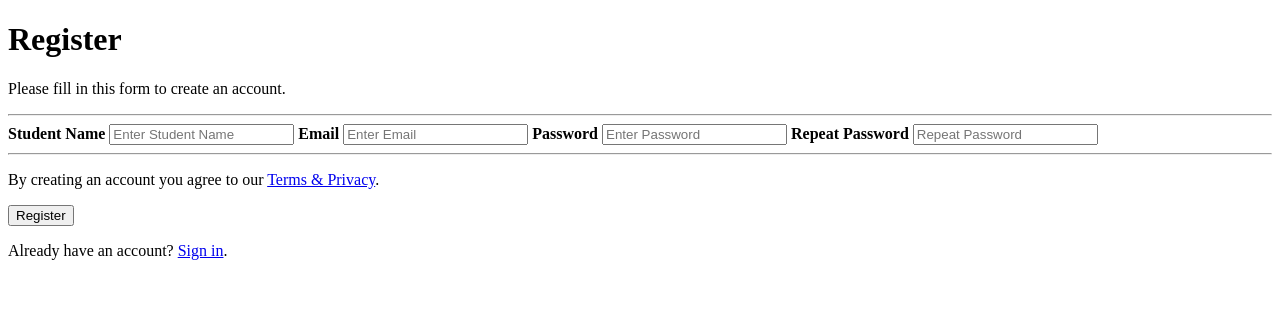
Repository: laxmichauhan/Student-Data-Insertion
Page: Application1/WebContent/register.html
These files come from the project's save history. The page is drawn as it stood at one moment and after the next save; the edit follows.
The browser window is 1280 px wide. The pictures show the whole page.

Above is the page before, as saved 2019-02-19 07:08:46.

### Application1/WebContent/register.html
<!DOCTYPE html>
<html>
<head>
<meta charset="ISO-8859-1">
<title>Insert title here</title>
</head>
<body>
<form>
  <div class="container">
    <h1>Register</h1>
    <p>Please fill in this form to create an account.</p>
    <hr>
    <label for="Student Name"><b>Student Name</b></label>
    <input type="text" placeholder="Enter Student Name" name="name" required>

    <label for="email"><b>Email</b></label>
    <input type="text" placeholder="Enter Email" name="email" required>

    <label for="psw"><b>Password</b></label>
    <input type="password" placeholder="Enter Password" name="psw" required>

    <label for="psw-repeat"><b>Repeat Password</b></label>
    <input type="password" placeholder="Repeat Password" name="psw-repeat" required>
    <hr>

    <p>By creating an account you agree to our <a href="#">Terms & Privacy</a>.</p>
    <button type="submit" class="registerbtn">Register</button>
  </div>

  <div class="container signin">
    <p>Already have an account? <a href="#">Sign in</a>.</p>
  </div>
</form>
</form>

</body>
</html>

After the next save:
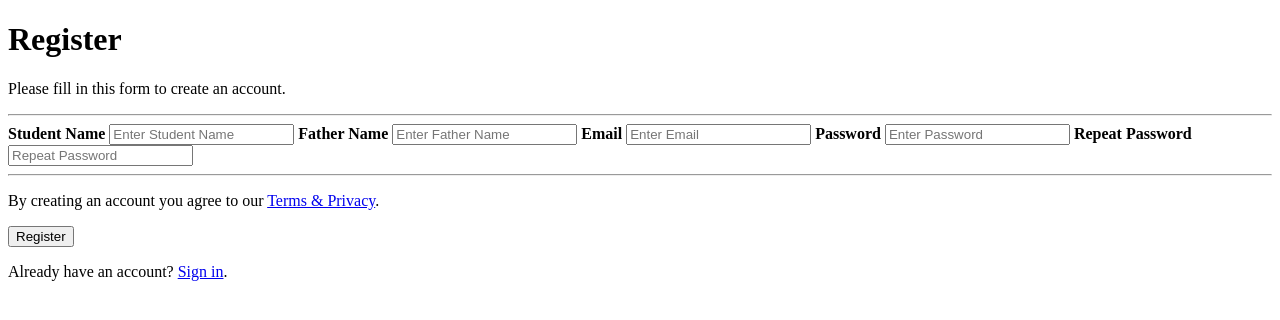
Saved 67 s later.
--- a/Application1/WebContent/register.html
+++ b/Application1/WebContent/register.html
@@ -12,6 +12,9 @@
     <hr>
     <label for="Student Name"><b>Student Name</b></label>
     <input type="text" placeholder="Enter Student Name" name="name" required>
+
+	<label for="Father Name"><b>Father Name</b></label>
+    <input type="text" placeholder="Enter Father Name" name="fname" required>
 
     <label for="email"><b>Email</b></label>
     <input type="text" placeholder="Enter Email" name="email" required>
